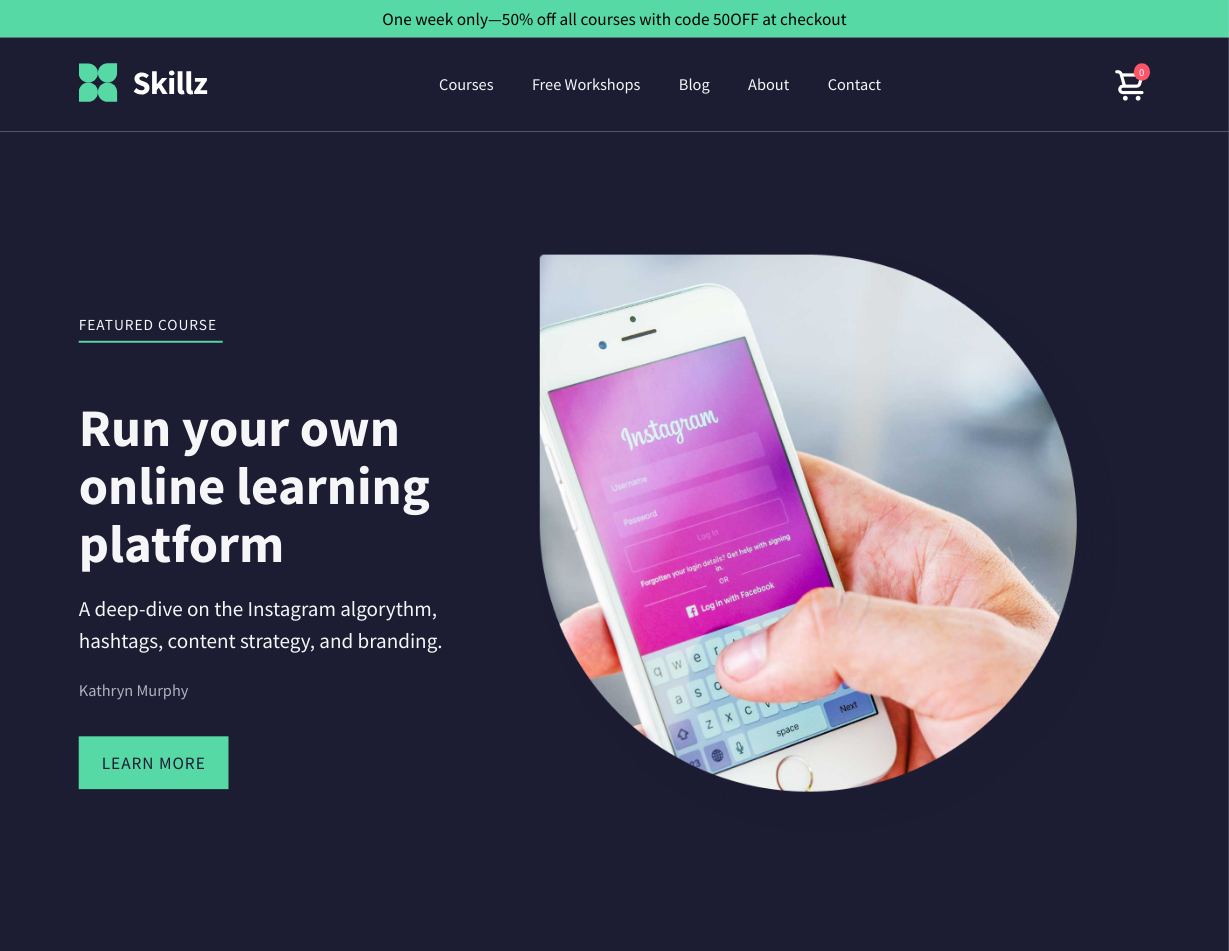
Repository: saidabbasun/skillz
Page: /
These files come from the project's save history. The page is drawn as it stood at one moment and after a run of saves; the edit follows.
The browser window is 1280 px wide. The pictures show the whole page, at 96% of full size.
The project was rebuilt for these pictures with package versions that can differ from the ones it lists, and the page was loaded fresh each time.

Above is the page before, as saved 2022-06-13 04:37:56.

### public/index.html
<!DOCTYPE html>
<html lang="en">
  <head>
    <meta charset="utf-8" />

    <meta name="viewport" content="width=device-width, initial-scale=1" />
    <meta name="theme-color" content="#000000" />
    <link rel="stylesheet" href="https://unicons.iconscout.com/release/v4.0.0/css/line.css">
    <title>React App</title>
  </head>
  <body>

    <div id="root"></div>

  </body>
</html>

### src/index.js
import React from 'react';
import ReactDOM from 'react-dom/client';
import { BrowserRouter } from "react-router-dom";
import App from './App';


const root = ReactDOM.createRoot(document.getElementById('root'));
root.render(
  <BrowserRouter>
    <App />
  </BrowserRouter>
);

### src/App.js
import Header from './Components/Header';
import Home from './Components/Home';
import './styles/Globl/collection.scss';

function App() {
  return (
    <div>
    <Header/>
    <Home/>
    </div>
  );
}

export default App;

### src/Components/Header.jsx
import React from 'react'

import { Link } from 'react-router-dom';
import Logo from '../assets/images/Logo.svg';
const Header = () => {
  return (
    <div>
        <div className="topDiscount">
            <p>One week only—50% off all courses with code 50OFF at checkout</p>
        </div>
        <div className="container">
            <div className="navbar">
                <Link  to={`/`}>
                <img src={Logo} alt="logo" />
                </Link>
                <div className="navbarNav">
                    <div className="navItem">
                        <Link  to={`/`} className='navLink'>Courses</Link>
                    </div>
                    <div className="navItem">
                        <Link  to={`/`} className='navLink'>Free Workshops</Link>
                    </div>
                    <div className="navItem">
                        <Link  to={`/`} className='navLink'>Blog</Link>
                    </div>
                    <div className="navItem">
                        <Link  to={`/`} className='navLink'>About</Link>
                    </div>
                    <div className="navItem">
                        <Link  to={`/`} className='navLink'>Contact</Link>
                    </div>
                </div>
                <div className="cartWrapper">
                <Link  to={`/`}>
                <i class="uil uil-shopping-cart cart"></i>
                </Link>
                     <div className="count">
                        <p>0</p>
                     </div>
                </div>
            </div>
        </div>
    </div>
  )
}

export default Header

### src/Components/Home.jsx
import React from 'react'
import { Link } from 'react-router-dom'

const Home = () => {
  return (
    <div className='container'>
        <div className="row">
            <div className="col5">
                <div className="Course">
                    <p>Featured Course</p>
                </div>
                <p className='cartTitle'>Run your own online learning platform</p>
                <p className="cartText">A deep-dive on the Instagram algorythm, hashtags, content strategy, and branding.</p>
                <p className="cartAfter">Kathryn Murphy</p>
                <Link to={`/`} className="cartBtn">
                Learn More
                </Link>
            </div>
            <div className="col7">
                <div className="bgRectangle">

                <div className="waveLine"></div>
                    <div className="Rectangle1"></div>
                    <div className="Rectangle2"></div>
                    <div className="Rectangle3"></div>


                </div>
            </div>
        </div>

    </div>
  )
}

export default Home

### src/styles/Globl/collection.scss
@import './globl';
@import './variables.scss';
@import './mixin';
@import '../Globl/font-face.scss';
@import '../Header.scss';
@import '../Home.scss';

### src/styles/Globl/_globl.scss
*{
    box-sizing: border-box;
    padding: 0;
    margin: 0;
    font-family:SourceSansProRegular ;
}
.container{
    margin: 0 auto;


}

### src/styles/Globl/variables.scss
$color_btn:#57D9A6;
$color_bg_title:#1C1C33;
$text_footer: #F6F6F8;
$color_text:#4E4E65;
$color_white:#FFFFFF;
$color_cartBg:#FC5468;

### src/styles/Globl/_mixin.scss
@mixin flexbox {
    display: flex;
    align-items: center;
}

### src/styles/Globl/font-face.scss


@font-face {
    font-family: SourceSansProRegular;

    src:  url('../../assets/fontFamily/SourceSansPro-Regular.ttf');
  }
  @font-face {
    font-family: SourceSansProBold;

    src:  url('../../assets/fontFamily/SourceSansPro-Bold.ttf');
  }
  @font-face {
    font-family: SourceSansProItalic;

    src:  url('../../assets/fontFamily/SourceSansPro-Italic.ttf');
  }

### src/styles/Header.scss
@import './Globl/variables.scss';
@import './Globl/mixin';
.topDiscount{
    background-color:$color_btn;
    font-weight: 400;
font-size: 18px;
text-align: center;

padding: 8px 0;

}
.navbar{
    @include flexbox;
    background-color:$color_bg_title;
    justify-content:space-between;
    padding: 24px 82px;
}
.navbarNav{
    @include flexbox;
 column-gap: 40px;
}

.navLink{

    font-weight: 400;
font-size: 17px;
    text-decoration: none;
    color: $text_footer;
}
.cartWrapper{
    position: relative;
}
.cart{
    color:$color_white;
    font-size: 40px;


}
.count{
    padding:0  6px;
    background-color: $color_cartBg;
    color: $color_white;
    position: absolute;
    border-radius: 50%;
    font-size: 11px;
    line-height: 18px;
    position: absolute;
    top: 3px;
    right: 0;

}

### src/styles/Home.scss
@import './Globl/variables.scss';
@import './Globl/mixin';
.row{

    padding: 120px 0 120px 82px;
 @include flexbox;

 background-color: $color_bg_title;
}
.col5{
    width: 35%;

    color: $text_footer;
}
.Course{
   width: 150px;
   padding: 7px 0;
    font-weight: 400;
font-size: 16px;
letter-spacing: 1px;
text-transform: uppercase;

border-bottom: 2px solid $color_btn;
}
.cartTitle{
    font-family: SourceSansProBold;
    padding: 59px 0 22px;
    font-weight: 700;
font-size: 55px;
line-height: 60px;
}
.cartText{
    line-height: 33px;
font-weight: 400;
font-size: 22px;
}
.cartAfter{
    padding: 22px 0 48px;
    font-weight: 400;
font-size: 17px;
line-height: 27px;
color: #B2B2BF;
}
.cartBtn{
    font-weight: 400;
font-size: 18px;
line-height: 27px;
padding: 16px 24px;
letter-spacing: 1px;
text-transform: uppercase;
background-color: $color_btn;
color: $color_bg_title;
text-decoration: none   ;
}

.col7{
    width: 60%;
    display: flex;
    justify-content: center;
    align-items: center;

}

.bgRectangle{
    position: relative;

    width: 614px;
    height: 614px;
    border-radius: 50%;
    border-top-left-radius: 0;

    background-image: url(../assets/images/homeImg.png);
    background-repeat: no-repeat;
    background-position:center;
    background-size:100%;

}

After the next 2 saves:
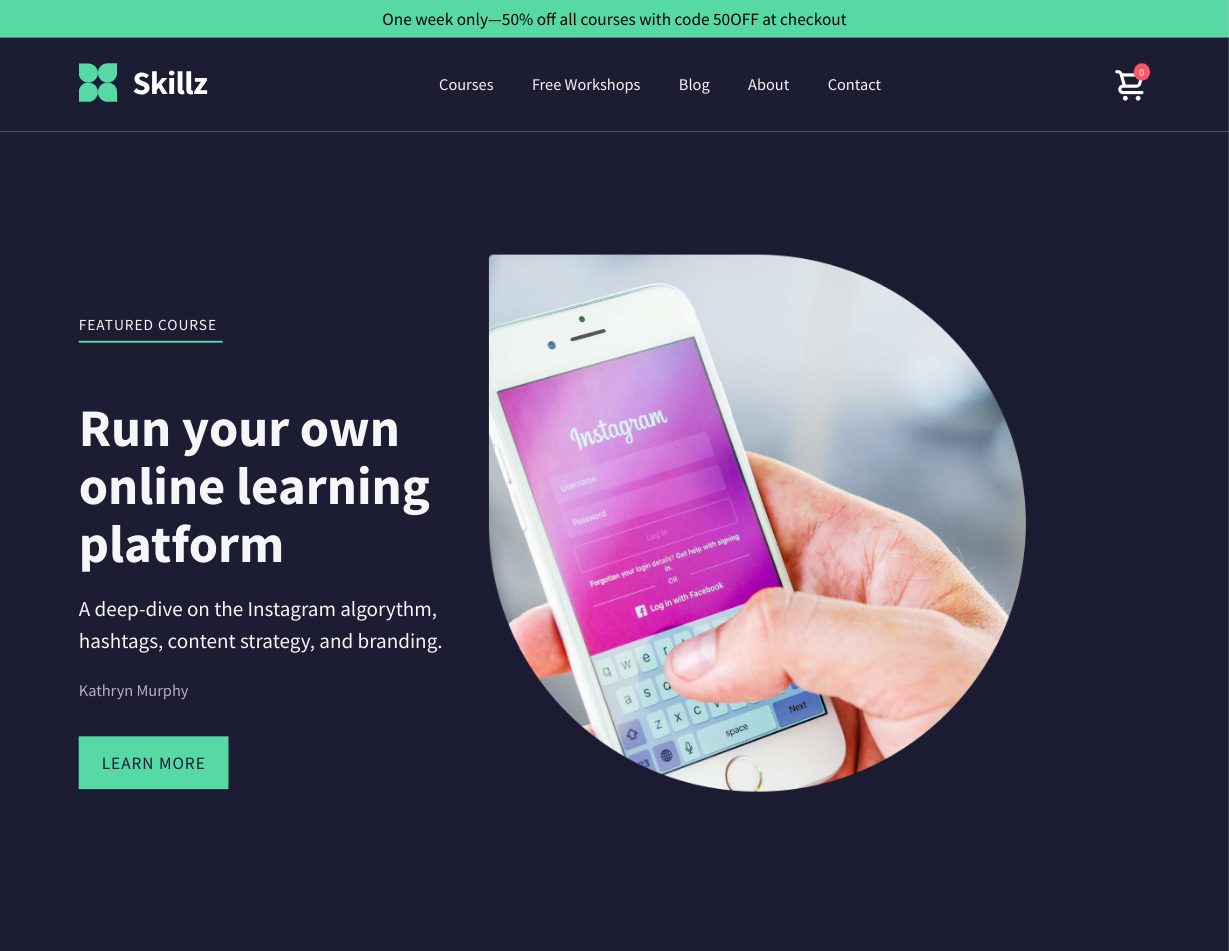
The 2 saves are shown as one change because they came seconds apart.
The last was saved 18 s later.
--- a/src/Components/Home.jsx
+++ b/src/Components/Home.jsx
@@ -16,7 +16,7 @@
                 Learn More
                 </Link>
             </div>
-            <div className="col7">
+
                 <div className="bgRectangle">
 
                 <div className="waveLine"></div>
@@ -25,7 +25,7 @@
                     <div className="Rectangle3"></div>
 
 
-                </div>
+
             </div>
         </div>
 

After the save that followed:
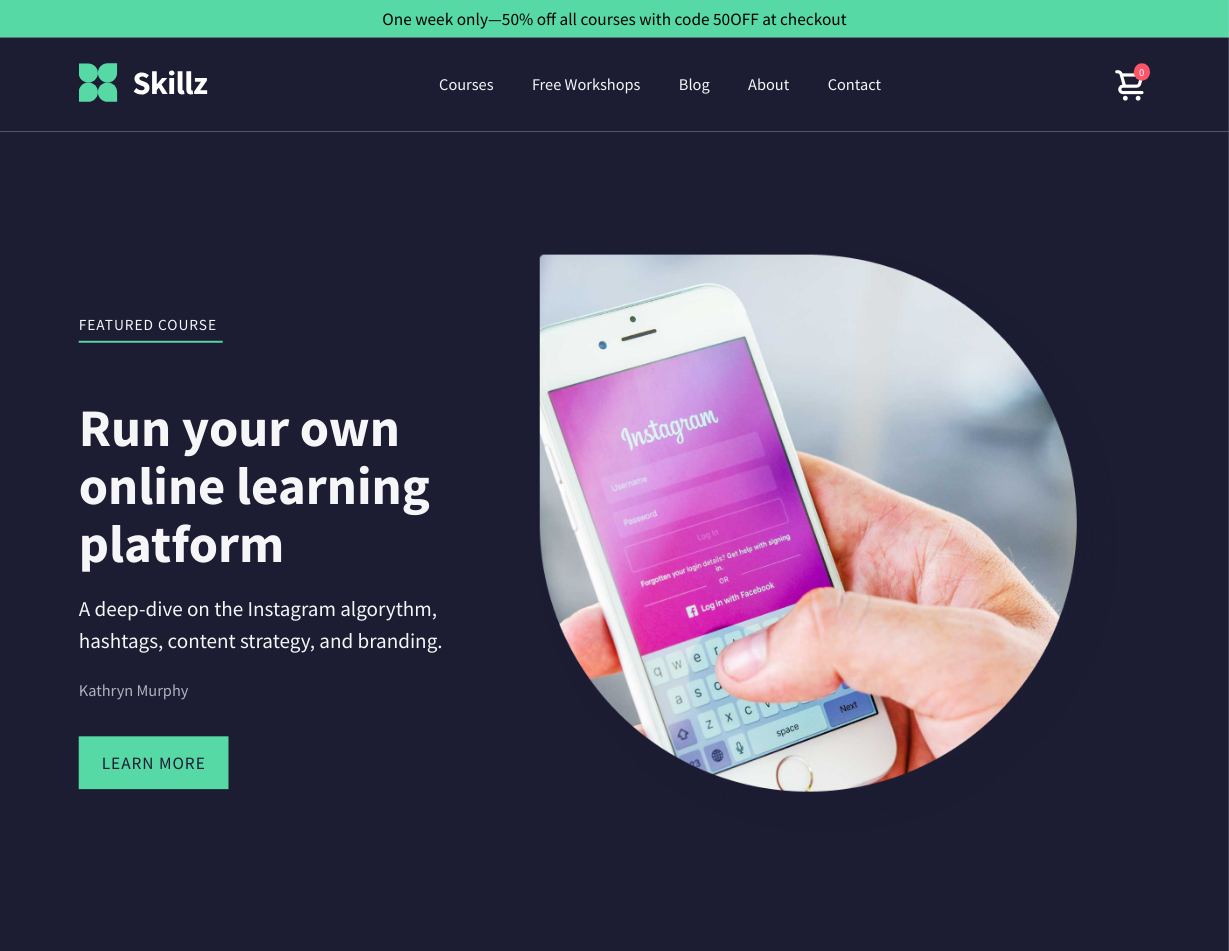
Saved 5 s later.
--- a/src/Components/Home.jsx
+++ b/src/Components/Home.jsx
@@ -16,7 +16,7 @@
                 Learn More
                 </Link>
             </div>
-
+            <div className="col7">
                 <div className="bgRectangle">
 
                 <div className="waveLine"></div>
@@ -25,7 +25,7 @@
                     <div className="Rectangle3"></div>
 
 
-
+                </div>
             </div>
         </div>
 
